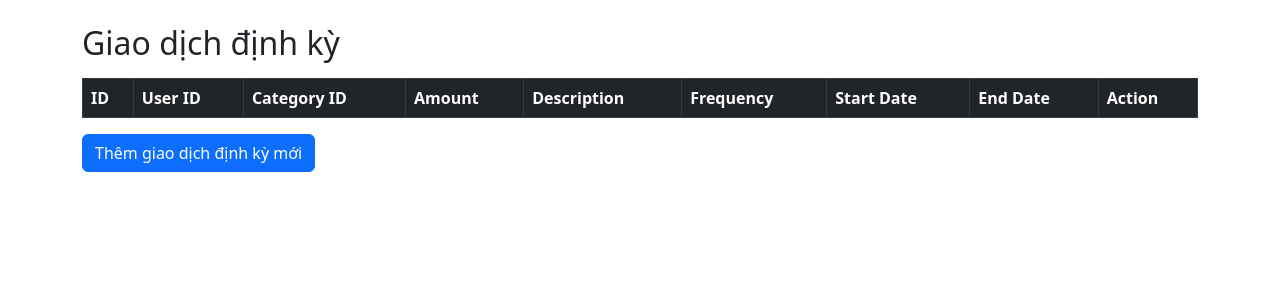
Repository: PhanVanHoa051204/Project3
Page: http://localhost/Project3/GDDinhKy/recurringtransactions.jsp
The author's editor kept a copy of each file at every save. The page is drawn from the files as they stood at one save, then again after the next save.
The browser window is 1280 px wide. The pictures show the whole page.
The page is served by Tomcat 9. Queries for data that is not in the repository find no rows.

Above is the page before, as saved 2025-03-14 12:30:48.

After the next save:
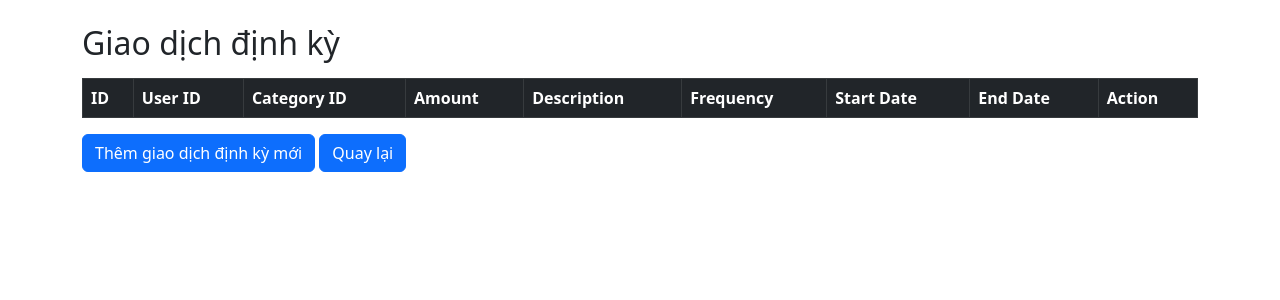
Saved 31 s later.
--- a/PhanVanHoa_2210900023_K22CNT1/Project3/src/main/webapp/GDDinhKy/recurringtransactions.jsp
+++ b/PhanVanHoa_2210900023_K22CNT1/Project3/src/main/webapp/GDDinhKy/recurringtransactions.jsp
@@ -47,5 +47,7 @@
     </table>
 
     <a href="addRecurringTransaction.jsp" class="btn btn-primary">Thêm giao dịch định kỳ mới</a>
+    <a href="${pageContext.request.contextPath}/dashboard.jsp"
+		class="btn btn-primary">Quay lại</a>
 </body>
 </html>
